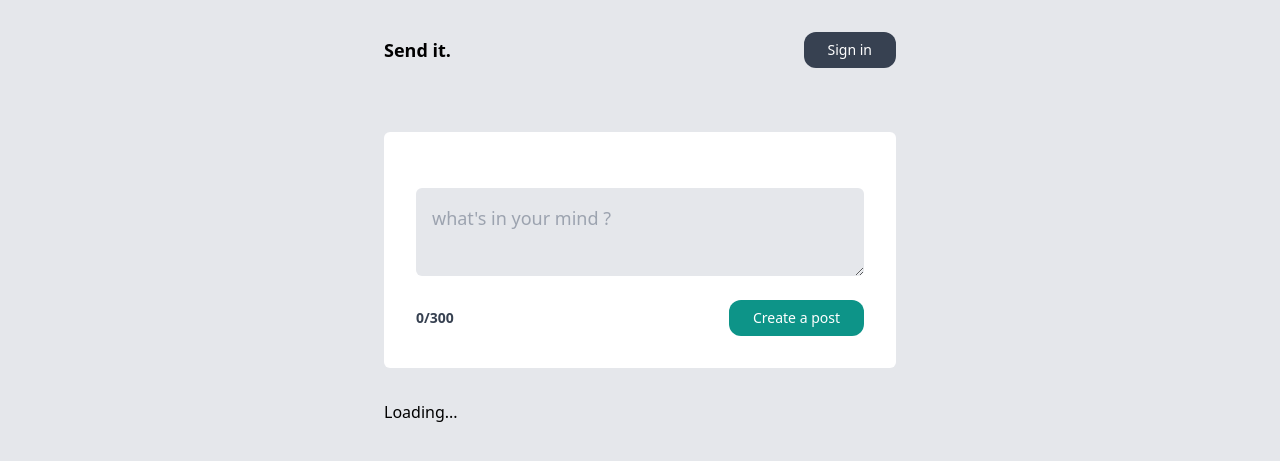
Repository: fatemesoleymanian/react
Page: / (app in next--experimental/postit/)
The author's editor kept a copy of each file at every save. The page is drawn from the files as they stood at one save, then again after the next save.
The browser window is 1280 px wide. The pictures show the whole page.
The page's requests for data from a server got no answer. The project was rebuilt for these pictures with package versions that can differ from the ones it lists, and the page was loaded fresh each time. The framework's server and built-in components were replaced by stand-ins that run in the browser. No one was signed in, and anything a server would have sent is missing. Also part of the build but not shown: next--experimental/postit/next.config.js, next--experimental/postit/app/components/auth/Logged.tsx, next--experimental/postit/app/components/Post.tsx.

Above is the page before, as saved 2023-02-28 20:55:20.

After the next save:
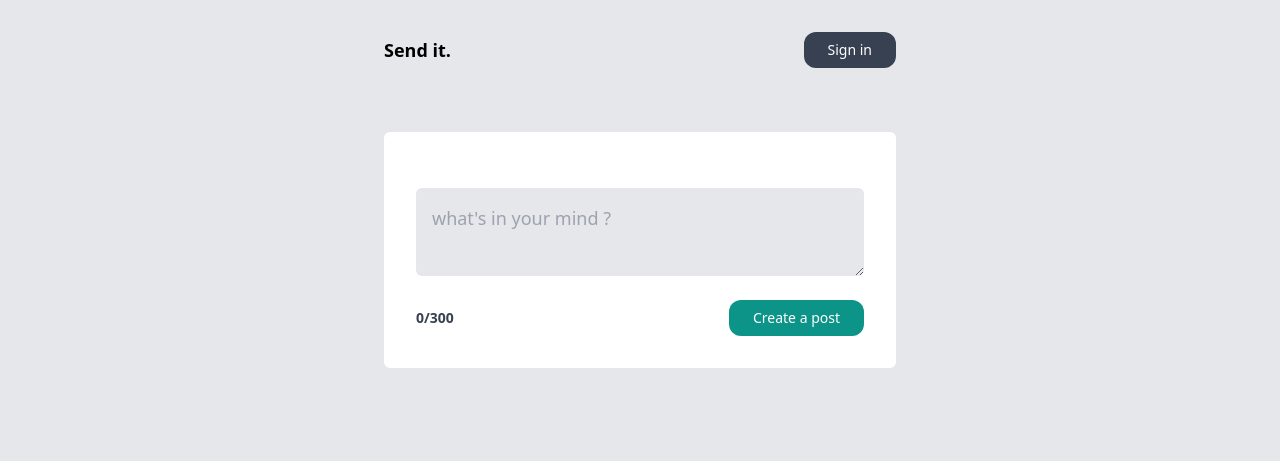
Saved 23 s later.
--- a/next--experimental/postit/app/components/GetPosts.tsx
+++ b/next--experimental/postit/app/components/GetPosts.tsx
@@ -18,7 +18,7 @@
         queryFn: allPosts,
         queryKey: ["posts"],
     })
-    if(isLoading) return "Loading..."
+    if(isLoading)  "Loading..."
     if(error) return "Fucking Error in Internet"
 
     return(

After the save that followed:
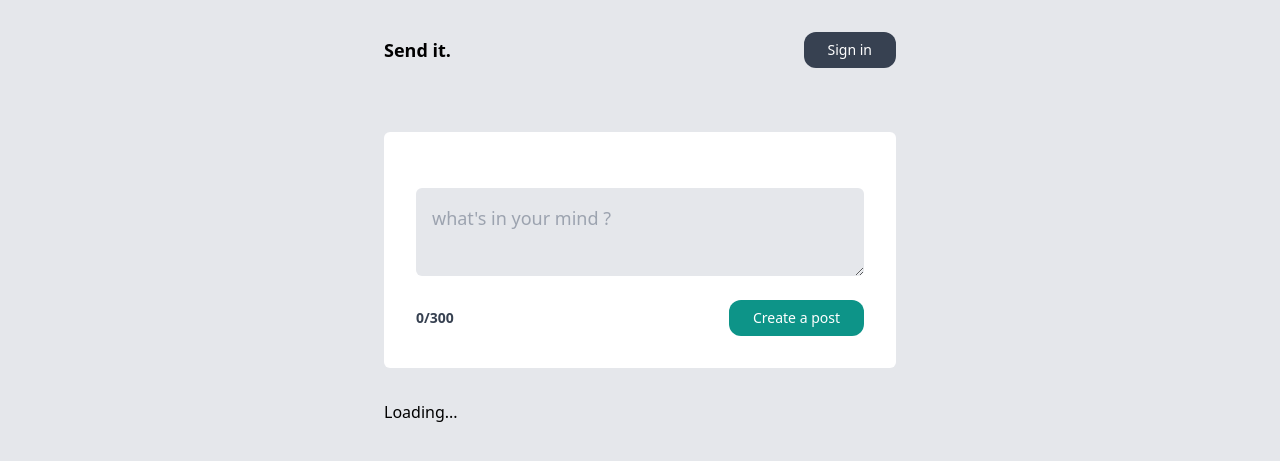
Saved 11 s later.
--- a/next--experimental/postit/app/components/GetPosts.tsx
+++ b/next--experimental/postit/app/components/GetPosts.tsx
@@ -18,7 +18,7 @@
         queryFn: allPosts,
         queryKey: ["posts"],
     })
-    if(isLoading)  "Loading..."
+    if(isLoading) return "Loading..."
     if(error) return "Fucking Error in Internet"
 
     return(
